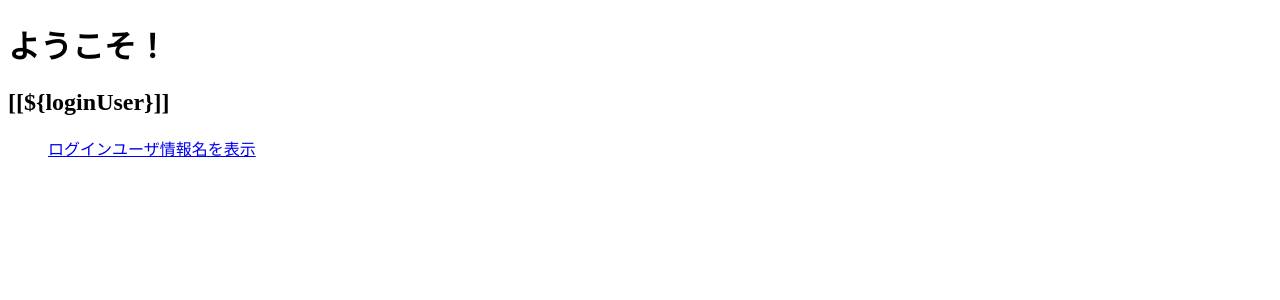
Repository: e1b21074/field_arena
Page: .log/field_arena/src/main/resources/templates/gamearea.html
An editor plug-in stored every save of this project. The page is shown before and after the next save, followed by the edit.
The browser window is 1280 px wide. The pictures show the whole page.

Above is the page before, as saved 2023-11-03 20:12:12.

After the next save:
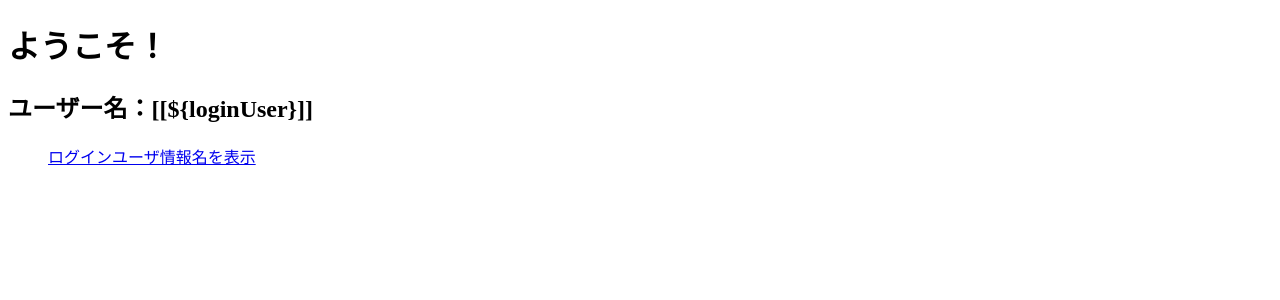
Saved 41 s later.
--- a/.log/field_arena/src/main/resources/templates/gamearea.html
+++ b/.log/field_arena/src/main/resources/templates/gamearea.html
@@ -7,7 +7,7 @@
 </head>
 <body>
     <h1>ようこそ！</h1>
-    <h2>[[${loginUser}]]</h2>
+    <h2>ユーザー名：[[${loginUser}]]</h2>
     <ul>
         <a href="logininfo">ログインユーザ情報名を表示</a>
     </ul>
